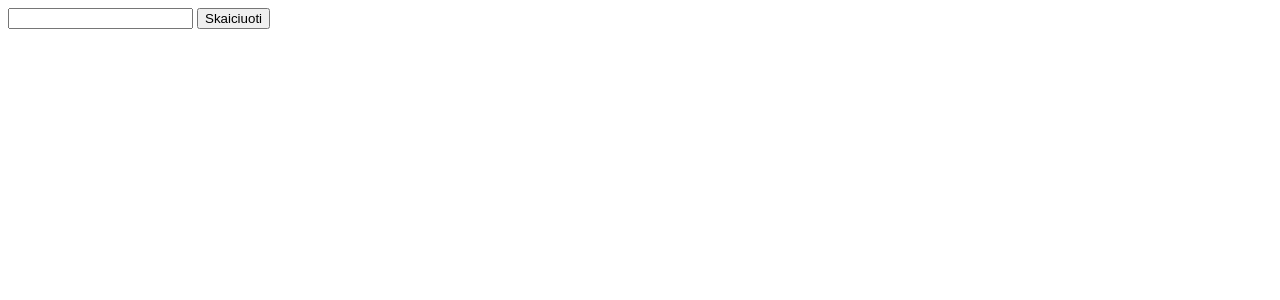
Repository: motiejus1/04-paskaita-PHP-05.31
Page: http://localhost/skaiciuotuvas.php
The author's editor kept a copy of each file at every save. The page is drawn from the files as they stood at one save, then again after a run of saves.
The browser window is 1280 px wide. The pictures show the whole page.
The page is run by PHP 8.4 with error messages shown; the project is at /var/www/html/.

Above is the page before, as saved 2021-07-28 19:55:13.

### skaiciuotuvas.php
<!DOCTYPE html>
<html lang="en">
<head>
    <meta charset="UTF-8">
    <meta http-equiv="X-UA-Compatible" content="IE=edge">
    <meta name="viewport" content="width=device-width, initial-scale=1.0">
    <title>Skaiciuotuvas</title>
</head>
<body>

    <form action="skaiciuotuvas.php" method="get">
        <input type="text" name ="aritmetika" />
        <button type="submit" name="patvirtinti">Skaiciuoti</button>
    </form>

    <?php

    //Funkcijos

    function skaiciavimoFunkcija($simbolis, $aritmetika ) {
        $duomenuMasyvas = explode($simbolis, $aritmetika);

        // var_dump($duomenuMasyvas);
        $duomenuMasyvas[2] = $simbolis;

        //Kintamuju sukeitimas pasitelkian pagalbini kintamaji
        $pagalbinis = $duomenuMasyvas[2];// +
        $duomenuMasyvas[2] = $duomenuMasyvas[1];
        $duomenuMasyvas[1] = $pagalbinis;
        if($simbolis == "+") {
            return $duomenuMasyvas[0] + $duomenuMasyvas[2];
        } else if($simbolis == "-") {
            return $duomenuMasyvas[0] - $duomenuMasyvas[2];
        } else if($simbolis == "/") {
            return $duomenuMasyvas[0] / $duomenuMasyvas[2];
        } else if($simbolis == "*") {
            return $duomenuMasyvas[0] * $duomenuMasyvas[2];
        } else if($simbolis == "%") {
            return $duomenuMasyvas[0] % $duomenuMasyvas[2];
        }
        return "Veiksmo neimanoma atlikt";
    }

    if(isset($_GET["patvirtinti"])) {
        echo "Mygtukas paspaustas";

        if(isset($_GET["aritmetika"]) && !empty($_GET["aritmetika"])) {
            $aritmetika = $_GET["aritmetika"];

            // " " - tai yra simbolis
            //Galbut funkcija, kuri leistu ieskoti tam tikru simboliu ir juos panaikinti?
            //str_replace - ji randa mums norima simboli, ir ta surasta simboli pakeisti

            $aritmetika = str_replace(" ","",$aritmetika);

            $rezultatas = 0;
            $duomenuMasyvas = 0;
            // +
            // teksta => masyva
            // 4+5 [4, '+', 5]
            // 150 - 3 [1,5,0,"",3]
            // $duomenuMasyvas = str_split($aritmetika, 1) //teksta i masyva i vienodas dalis
            // explode - teksta pavercia i masyva
            // suskaido i masyva pagal delimiter(simboli)

            //Paieska tekstineje eilute: ar yra simbolis + - / *
            //strpos - string position
            // ji iesko ar tekstineje eilute yra kazkoks musu nurodytas simbolis

            $simbolioPozicija = strpos($aritmetika,"+");
            // jeigu jinai neranda simbolio, grazinama false
            // jeigu simbolis yra surastas - grazina simbolio pozicija

            // 4+5 veikia 1
            // 10+5 nebeveikia pozicija? 2
            //patikrinti ne kurioje pozicija yra simbolis? o tiesiog ar musu
            //kintamasis yra !false

            //ar simbolis ir kad simbolis viena karta
            //substr_count - substring count
            //skaiciuoja kiek kartu pasikartoja tekstas/simbolis tekstineje eiluteje



            if(strpos($aritmetika,"+") != false) {
                $rezultatas = skaiciavimoFunkcija("+", $aritmetika);
            } else if(strpos($aritmetika,"-") != false) {
                $rezultatas = skaiciavimoFunkcija("-", $aritmetika);
            } else if(strpos($aritmetika,"/") != false) {
                $rezultatas = skaiciavimoFunkcija("/", $aritmetika);
            } else if(strpos($aritmetika,"*") != false) {
                $rezultatas = skaiciavimoFunkcija("*", $aritmetika);
            } else if(strpos($aritmetika,"%") != false) {
                $rezultatas = skaiciavimoFunkcija("%", $aritmetika);
            } else {
                $rezultatas = "Veiksmo zenklas neteisingas";
            }

            echo $rezultatas; //error


            //PHP echo komanda jeigu true/false kintamaji - 1 arba tuscia eilute
            //var_dump - mes galime isvedineti masyvus
            //var_dump - bet koki kintamaji, kad patikrintume kokio jisai yra tipo

            var_dump($duomenuMasyvas);

            echo "<div>";
            echo $rezultatas;
            echo "</div>";

        } else {
            echo "Laukelis tuscias";
        }
    }

    // $_GET["patvirtinti"] = // true arba false reiksmes
    // jei mygtukas buvo paspaustas - true
    //jei ne - false



    // 1. Užduotis "Skaičiuotuvas"

    // Sukurti skaičiuotuvą.
    // Skaičiuotuve įvedami du skaičiai ir veiksmas ivedamas i ta pati laukeli.
    // Rezultatas išvedamas į div.

    //2. Papildyti Užduotis "Skaičiuotuvas" taip,
    // kad rezultatas būtų atvaizduojamas tame pačiame lange


    ?>
</body>
</html>

After the next 2 saves:
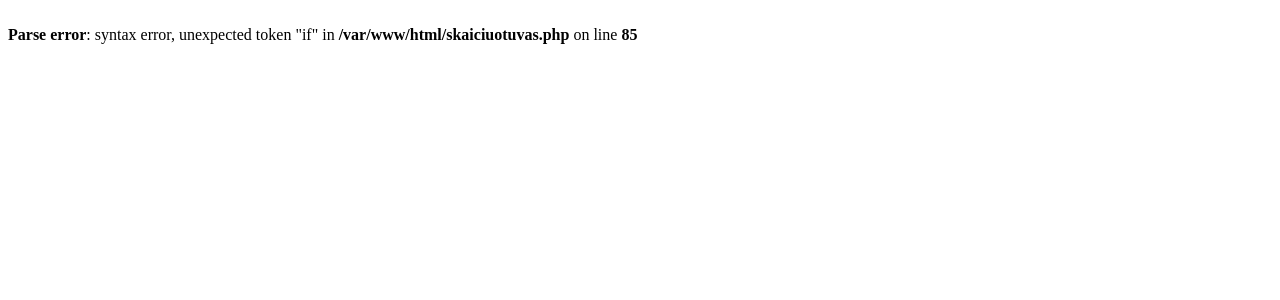
The 2 saves are shown as one change because they came seconds apart.
The last was saved 5 s later.
--- a/skaiciuotuvas.php
+++ b/skaiciuotuvas.php
@@ -80,7 +80,7 @@
             //substr_count - substring count
             //skaiciuoja kiek kartu pasikartoja tekstas/simbolis tekstineje eiluteje
 
-
+            $tekstas = ""
 
             if(strpos($aritmetika,"+") != false) {
                 $rezultatas = skaiciavimoFunkcija("+", $aritmetika);

After the 3 saves that followed:
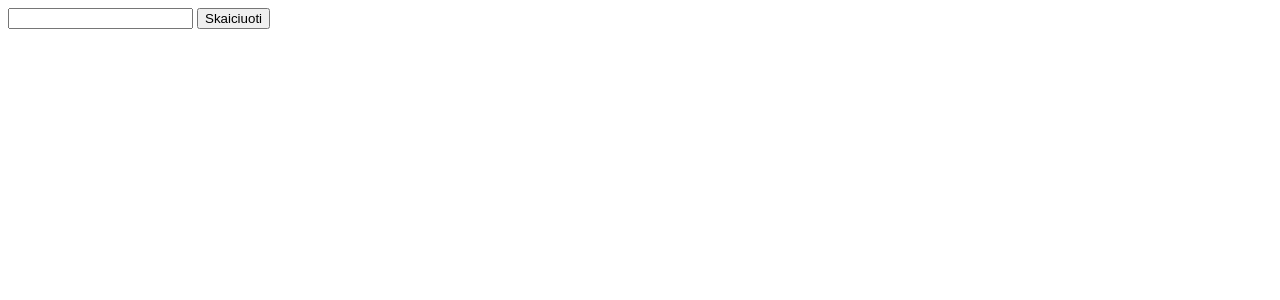
The 3 saves are shown as one change because they came seconds apart.
The last was saved 10 s later.
--- a/skaiciuotuvas.php
+++ b/skaiciuotuvas.php
@@ -80,7 +80,8 @@
             //substr_count - substring count
             //skaiciuoja kiek kartu pasikartoja tekstas/simbolis tekstineje eiluteje
 
-            $tekstas = ""
+            $tekstas = "4+++++++++++++++++++++++5";
+
 
             if(strpos($aritmetika,"+") != false) {
                 $rezultatas = skaiciavimoFunkcija("+", $aritmetika);
